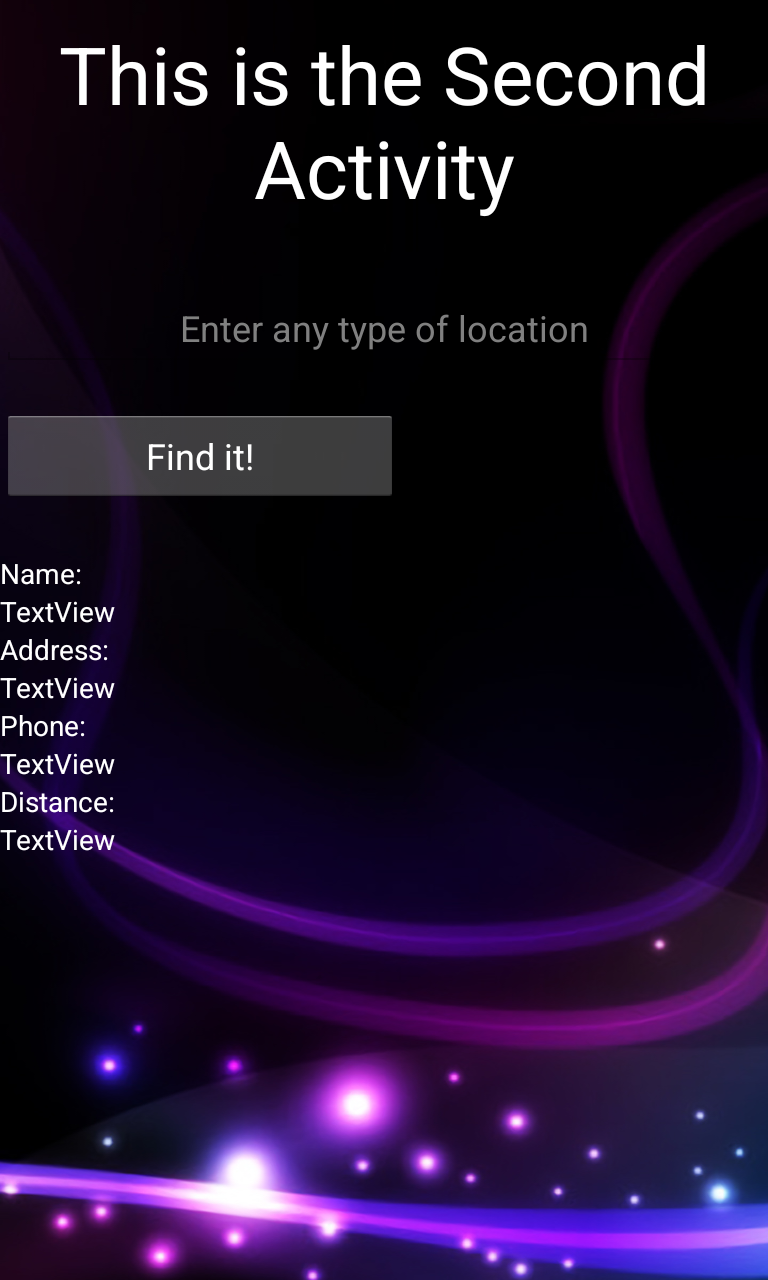
Repository: fsoDannis/workspace
Layout: findIt_3/res/layout/second.xml
These files come from the project's save history. The layout is drawn as it stood at one moment and after a run of saves; the edit follows.
It is drawn on a 768 x 1280 px phone screen (xhdpi) without system bars, with theme AppTheme; the app's code is not run.

Above is the layout before, as saved 2013-02-15 03:02:55.

After the next 3 saves:
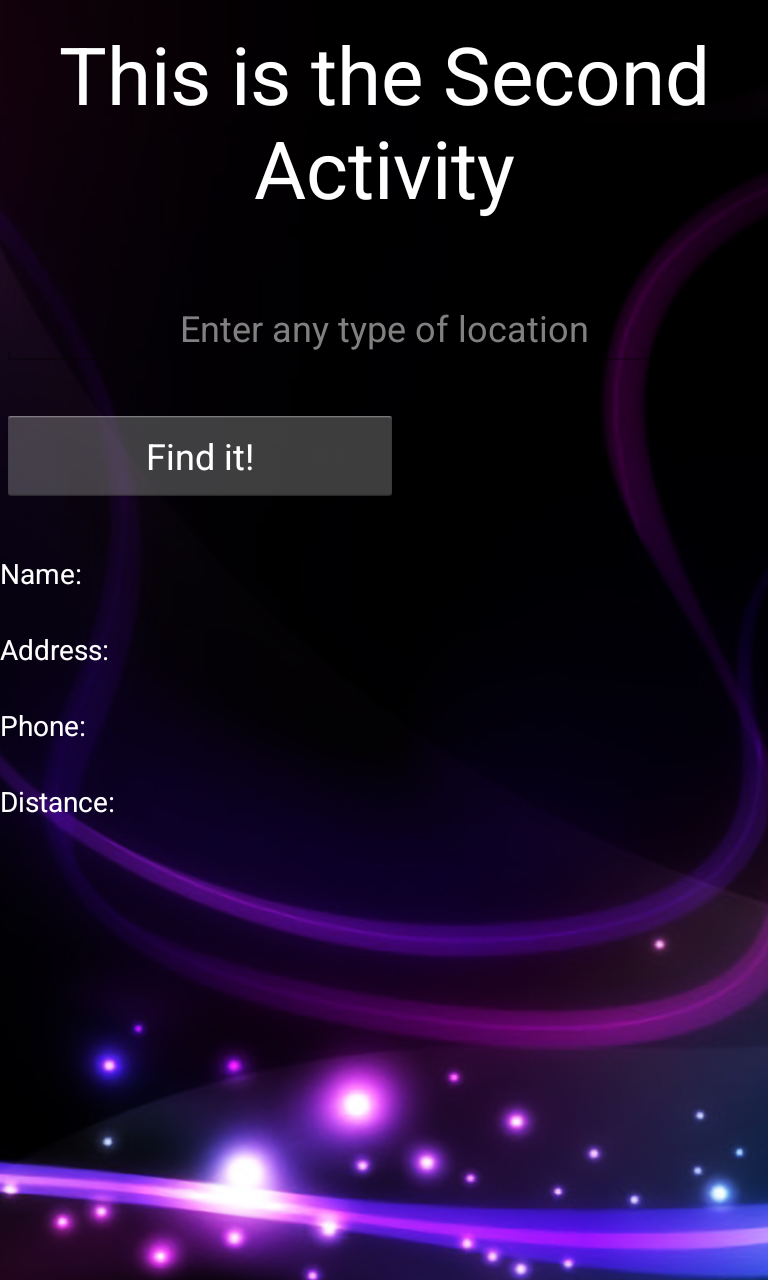
The 3 saves are shown as one change because 2 did not build or start.
The last was saved 2 min 32 s later.
--- a/findIt_3/res/layout/second.xml
+++ b/findIt_3/res/layout/second.xml
@@ -4,6 +4,8 @@
     android:layout_height="match_parent"
     android:background="@drawable/background2"
     android:orientation="vertical" >
+
+
 
     <TextView
         android:id="@+id/textView1"
@@ -38,11 +40,11 @@
         android:width="200dp"
         android:text="Find it!"
         android:textColor="#FFFFFF" />
-
 <ScrollView
 android:id="@+id/scrollView"
 android:layout_width="fill_parent"
 android:layout_height="fill_parent" >
+
 
 <LinearLayout
     android:layout_width="match_parent"
@@ -62,7 +64,7 @@ android:layout_height="fill_parent" >
         android:layout_width="wrap_content"
         android:layout_height="wrap_content"
         android:textColor="#FFFFFF"
-        android:text="TextView" />
+        android:text="" />
 
     <TextView
         android:id="@+id/addresssLabel"
@@ -77,7 +79,7 @@ android:layout_height="fill_parent" >
         android:layout_height="wrap_content"
         android:layout_below="@+id/_name"
         android:textColor="#FFFFFF"
-        android:text="TextView" />
+        android:text="" />
 
     <TextView
         android:id="@+id/phoneLabel"
@@ -91,7 +93,7 @@ android:layout_height="fill_parent" >
         android:layout_width="wrap_content"
         android:layout_height="wrap_content"
         android:textColor="#FFFFFF"
-        android:text="TextView" />
+        android:text="" />
 
     <TextView
         android:id="@+id/distanceLabel"
@@ -105,11 +107,11 @@ android:layout_height="fill_parent" >
         android:layout_width="wrap_content"
         android:layout_height="wrap_content"
         android:textColor="#FFFFFF"
-        android:text="TextView" />
+        android:text="" />
 
 </LinearLayout>
+  </ScrollView>
 
-</ScrollView>
 
 
     <Button
@@ -120,4 +122,5 @@ android:layout_height="fill_parent" >
         android:text="Go to the Web"
         android:textColor="#FFFFFF" />
 
+
 </LinearLayout>
